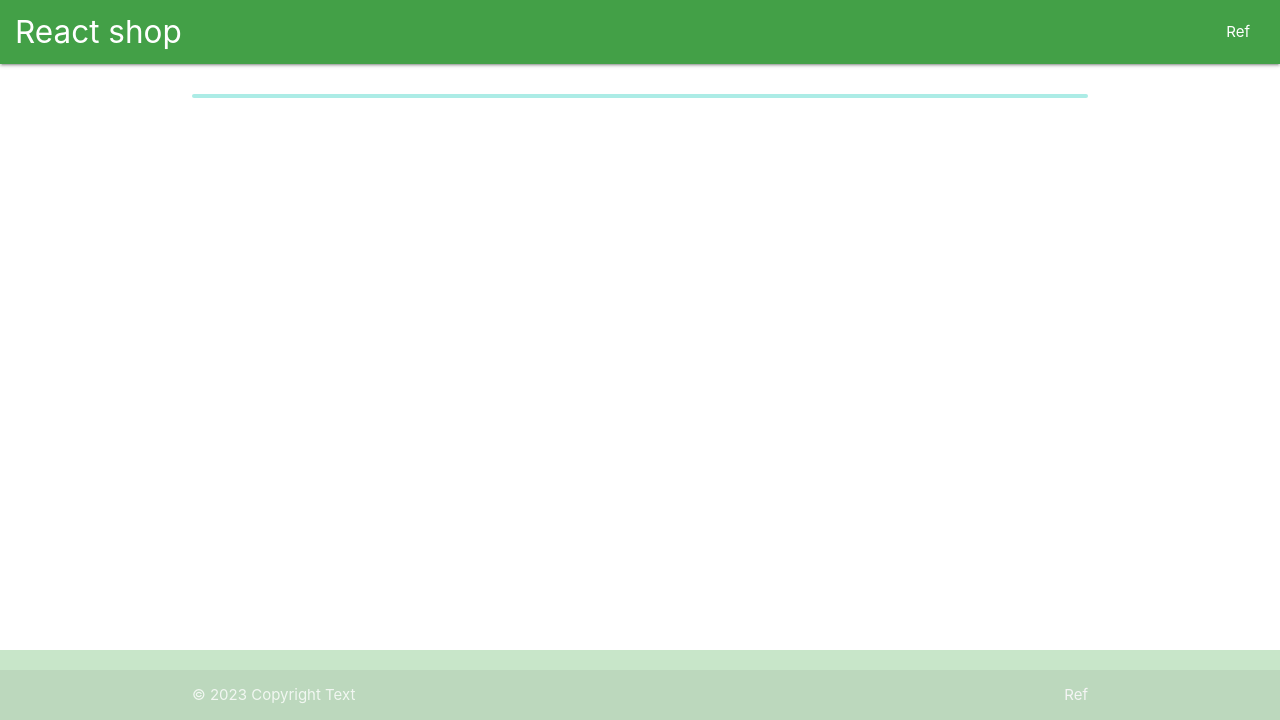
Repository: qui-qui-qui/online-shop
Page: /
An editor plug-in stored every save of this project. The page is shown before and after the next save, followed by the edit.
The browser window is 1280 px wide. The pictures show the whole page.
The page's requests for data from a server got no answer. The project was rebuilt for these pictures with package versions that can differ from the ones it lists, and the page was loaded fresh each time. No one was signed in, and anything a server would have sent is missing. Also part of the build but not shown: src/components/GoodsItem.jsx, src/components/GoodsList.jsx.

Above is the page before, as saved 2023-01-03 19:58:05.

### public/index.html
<!DOCTYPE html>
<html lang="en">
  <head>
    <meta charset="utf-8" />
    <link rel="icon" href="%PUBLIC_URL%/favicon.ico" />
    <meta name="viewport" content="width=device-width, initial-scale=1" />
    <meta name="theme-color" content="#000000" />
    <meta
      name="pet-project"
      content="react shop"
    />
    <link rel="apple-touch-icon" href="%PUBLIC_URL%/logo192.png" />
    <link rel="manifest" href="%PUBLIC_URL%/manifest.json" />
    <title>React Shop</title>
    <link rel="stylesheet" href="https://cdnjs.cloudflare.com/ajax/libs/materialize/1.0.0/css/materialize.min.css">
    <link href="https://fonts.googleapis.com/icon?family=Material+Icons" rel="stylesheet">
  </head>
  <body>
    <noscript>You need to enable JavaScript to run this app.</noscript>
    <div id="root"></div>
  </body>
</html>

### src/index.css
body {
  margin: 0;
  font-family: -apple-system, BlinkMacSystemFont, 'Segoe UI', 'Roboto', 'Oxygen',
    'Ubuntu', 'Cantarell', 'Fira Sans', 'Droid Sans', 'Helvetica Neue',
    sans-serif;
  -webkit-font-smoothing: antialiased;
  -moz-osx-font-smoothing: grayscale;
}


nav {
  padding: 0 1rem;
}

.content {
  min-height: calc(100vh - 70px - 64px);
  padding: 1.5rem 0;
}

.goods {
  display: grid;
  grid-template-columns: repeat(auto-fill, minmax(250px, 1fr));
  gap: 1rem
}

### src/App.js
import { Header } from "./components/Header";
import { Footer } from "./components/Footer";
import { Shop } from "./components/Shop";

function App() {
  return (
    <>
      <Header />
      <Shop />
      <Footer />
    </>
  );
}

export default App;

### src/components/Header.jsx
function Header() {
    return <nav className="green darken-1">
      <div className="nav-wrapper">
        <a href="!#" className="brand-logo">React shop</a>
        <ul id="nav-mobile" className="right">
          <li><a href="!#">Ref</a></li>
        </ul>
      </div>
  </nav>
}

export {Header}

### src/components/Footer.jsx
function Footer() {
    return <footer className="page-footer green lighten-4">
    <div className="footer-copyright">
      <div className="container">
      © {new Date().getFullYear()} Copyright Text
      <a className="grey-text text-lighten-4 right" href="#!">Ref</a>
      </div>
    </div>
  </footer>
}

export {Footer}

### src/components/Shop.jsx
import {useState, useEffect} from 'react';
import {API_KEY, API_URL} from '../config';
import { Preloader } from './Preloader';
import { GoodsList } from './GoodsList';

function Shop() {
  const [goods, setGoods] = useState([]);
  const [loading, setLoading] = useState(true);
  console.log(API_KEY);

  useEffect(function getGoods() {
    fetch(API_URL, {
      headers: {
        Authorization: API_KEY,
      },
    })
      .then((response) => response.json())
      .then((data) => {
        data.featured && setGoods(data.featured);
        setLoading(false);
      });
  }, []);

  return <main className="container content">
    {
      loading ? <Preloader/> : <GoodsList goods={goods}/>
    }
  </main>;
}

export { Shop };

### src/config.js
const API_KEY = '6c6ecc31-c6e59085-63220236-a525db2c';

const API_URL = 'https://fortniteapi.io/v1/shop?lang=ru';

export {
    API_KEY,
    API_URL
};

### src/components/Preloader.jsx
function Preloader() {
  return (
    <div className="progress">
      <div className="interminate"></div>
    </div>
  );
}

export { Preloader };

Loaded but not shown: src/index.js (common file)

After the next save:
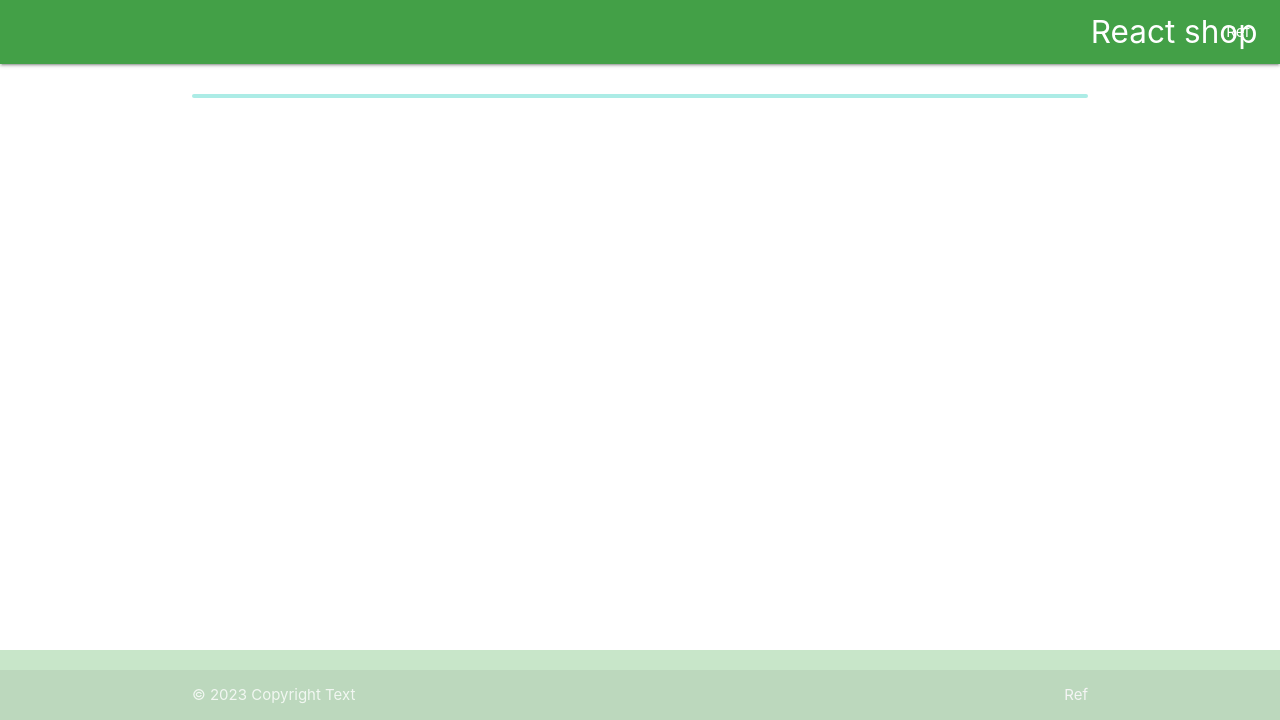
Saved 17 s later.
--- a/src/components/Header.jsx
+++ b/src/components/Header.jsx
@@ -1,7 +1,7 @@
 function Header() {
     return <nav className="green darken-1">
       <div className="nav-wrapper">
-        <a href="!#" className="brand-logo">React shop</a>
+        <a href="!#" className="brand-logo right">React shop</a>
         <ul id="nav-mobile" className="right">
           <li><a href="!#">Ref</a></li>
         </ul>

After the save that followed:
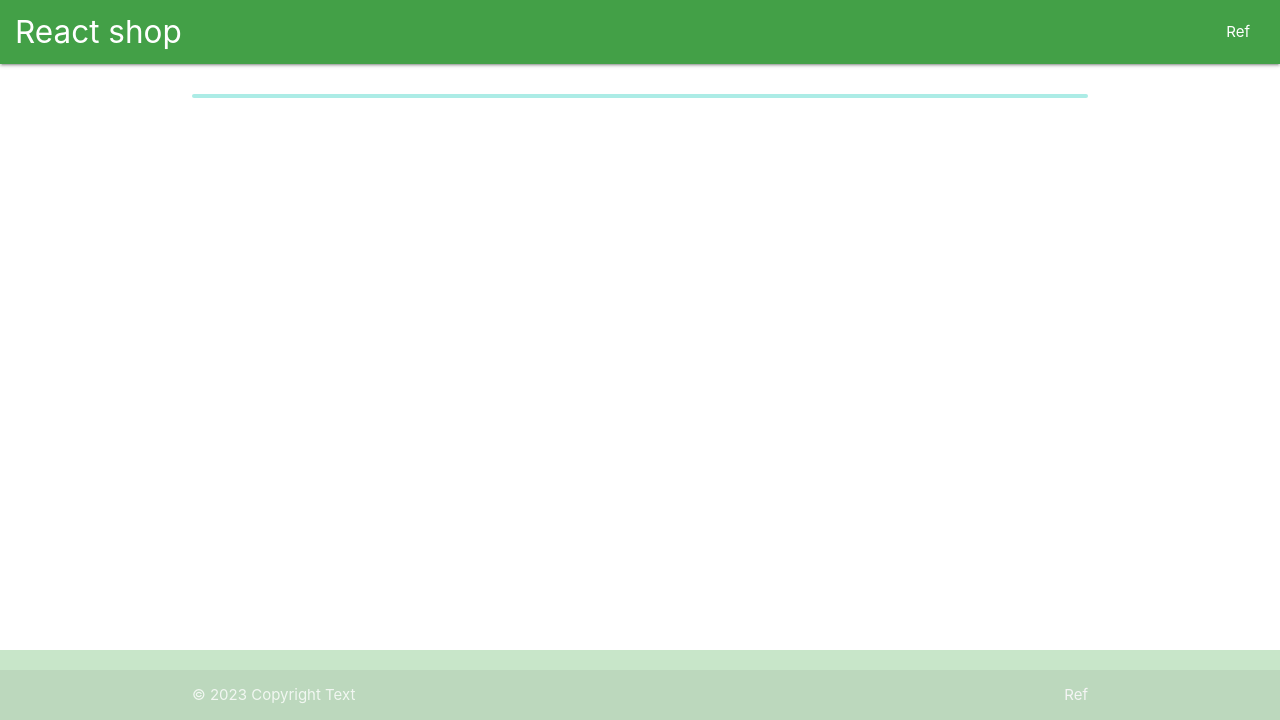
Saved 7 s later.
--- a/src/components/Header.jsx
+++ b/src/components/Header.jsx
@@ -1,7 +1,7 @@
 function Header() {
     return <nav className="green darken-1">
       <div className="nav-wrapper">
-        <a href="!#" className="brand-logo right">React shop</a>
+        <a href="!#" className="brand-logo left">React shop</a>
         <ul id="nav-mobile" className="right">
           <li><a href="!#">Ref</a></li>
         </ul>
